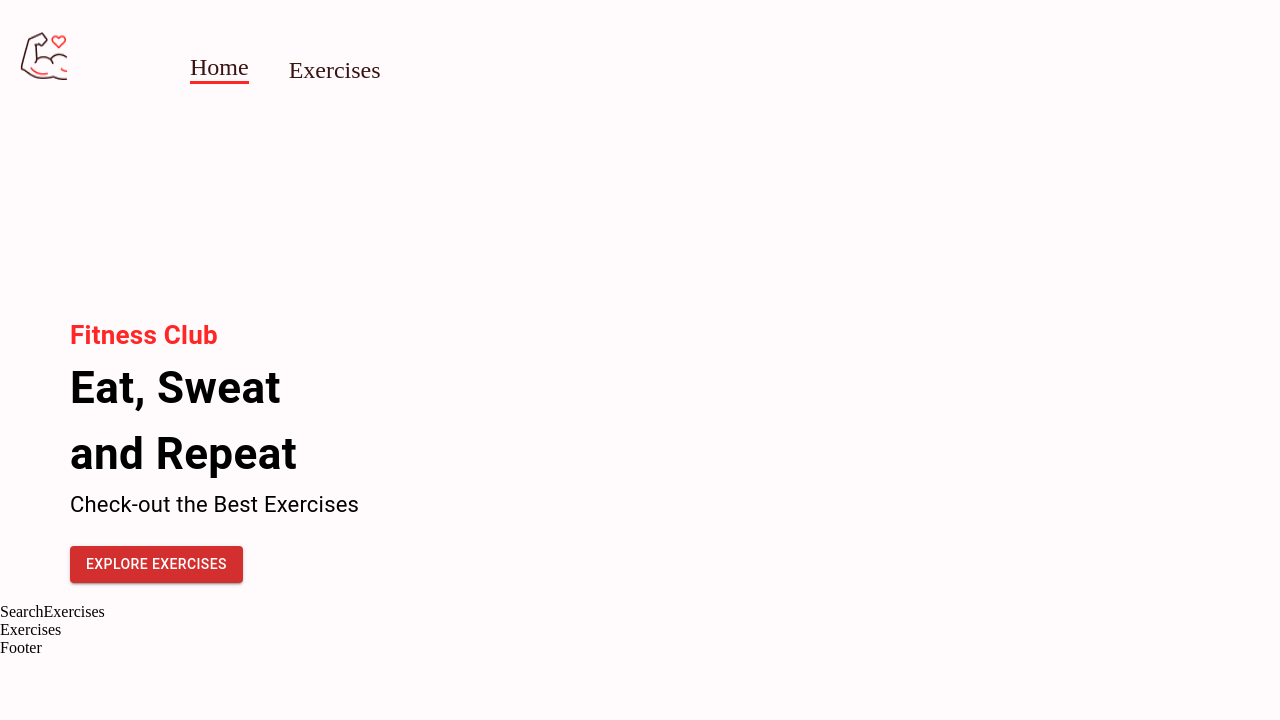
Repository: remydev47/fitness-center
Page: /
These files come from the project's save history. The page is drawn as it stood at one moment and after the next save; the edit follows.
The browser window is 1280 px wide. The pictures show the whole page.
The project was rebuilt for these pictures with package versions that can differ from the ones it lists, and the page was loaded fresh each time. Also part of the build but not shown: src/pages/ExerciseDetail.js.

Above is the page before, as saved 2022-07-26 00:24:16.

### src/index.js
import React from 'react'
import ReactDOM from  'react-dom'
import { BrowserRouter } from 'react-router-dom'

import App from './App'

const root = ReactDOM.createRoot(document.getElementById('root'))

root.render(
    <BrowserRouter>
      <App/>
    </BrowserRouter>
)

### src/App.js
import React from 'react'
import { Route, Routes } from 'react-router-dom';
import { Box } from '@mui/material'

import './App.css'
import Navbar from './components/Navbar';
import Footer from './components/Footer'
import Home from './pages/Home';
import ExerciseDetail from './pages/ExerciseDetail';

const App = () => {
  return (
    <Box>
      <Navbar />
      <Routes>
        <Route path="/"  element={<Home />}/>
        <Route path="/exercise/:id"  element={<ExerciseDetail />}/>
      </Routes>
      <Footer />
    </Box>
  )
}

export default App

### src/components/Navbar.js
import React from 'react'
import { Link } from 'react-router-dom';
import { Stack } from '@mui/material'
import Logo from '../assets/images/Logo.png'

const Navbar = () => {
  return (
    <Stack
     direction="row"
     justifyContent="space-around"
     sx={{ gap: { sm: '122px', xs: '40px'}, mt: { sm: '32px', xs:'20px'}, justifyContent: 'none'}}
     px="20px"
    >
        <Link to="/">
            <img
               src={Logo}
               alt="logo"
               style={{
                width:'48px',
                height:'48px',
                margin: '0, 20px'
               }}
            />
        </Link>
        <Stack
            direction="row"
            gap="40px"
            fontSize="24px"
            alignItems="flex-end"
        >
            <Link to="/" style={{
                textDecoration:"none",
                color:"#3A1212",
                borderBottom: '3px solid #FF2625'
            }}
            >
                Home
            </Link>
            <a href="#exercises" style={{ textDecoration:"none", color:"#3A1212"}}>Exercises</a>
        </Stack>
    </Stack>
  )
}

export default Navbar

### src/pages/Home.js
import React, { useState } from 'react';
import { Box } from '@mui/material'
import HeaderBanner from '../components/HeaderBanner';
import SearchExercises from '../components/SearchExercises';
import Exercises from '../components/Exercises';

const Home = () => {
  return (
    <Box>
        <HeaderBanner />
        <SearchExercises />
        <Exercises />
    </Box>
  )
}

export default Home

### src/components/HeaderBanner.js
import React from 'react';
import { Box, Stack, Typography, Button } from '@mui/material';
import banner from '../assets/images/banner.png';

const HeaderBanner = () => {
  return (
    <Box
      sx={{
        mt:{ lg: '212px', xs: '70px'},
        ml: { sm: '50px'}
      }}
      position="relative"
      p="20px"
    >
        <Typography
          color="#FF2625"
          fontSize="26px"
          fontWeight="600"
        >
            Fitness Club
        </Typography>
        <Typography
          fontWeight={700}
          sx={{
             fontSize: { lg:'44px', xs: '40px'}
          }}
        >
            Eat, Sweat <br/>and Repeat
        </Typography>
        <Typography
         fontSize="22px"
         lineHeight="35px"
         mb={3}
        >
            Check-out the Best Exercises
        </Typography>
        <Button
          variant="contained"
          color="error"
          href="#exercises"
        >
            Explore Exercises
        </Button>
    </Box>
  )
}

export default HeaderBanner

Loaded but not shown: public/index.html (common file); src/App.css (common file); src/components/Footer.js (common file); src/components/SearchExercises.js (common file); src/components/Exercises.js (common file)

After the next save:
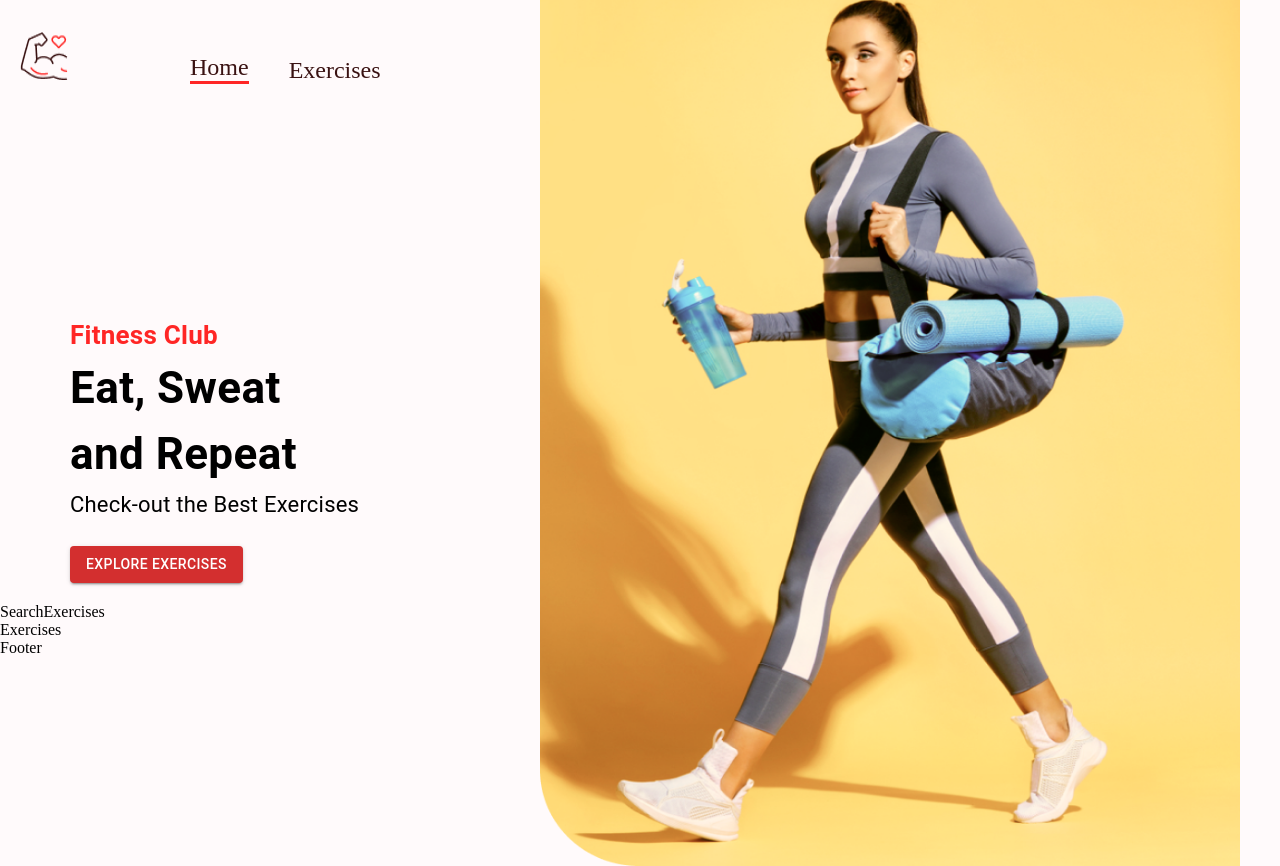
Saved 12 min 4 s later.
--- a/src/components/HeaderBanner.js
+++ b/src/components/HeaderBanner.js
@@ -1,6 +1,6 @@
 import React from 'react';
 import { Box, Stack, Typography, Button } from '@mui/material';
-import banner from '../assets/images/banner.png';
+import HeroBannerImage from '../assets/images/banner.png';
 
 const HeaderBanner = () => {
   return (
@@ -41,6 +41,11 @@ const HeaderBanner = () => {
         >
             Explore Exercises
         </Button>
+        <img
+          src={HeroBannerImage}
+          alt="banner"
+          className='hero-banner-img'
+        />
     </Box>
   )
 }
